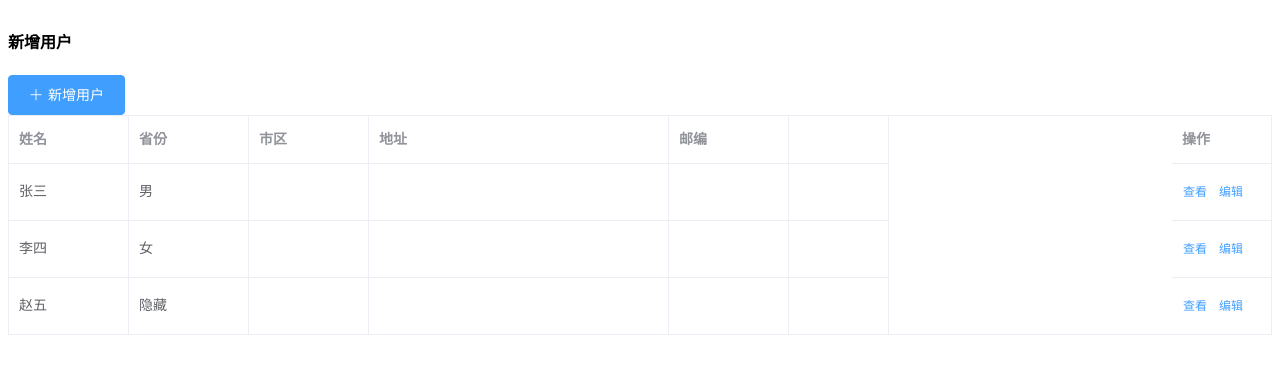
Repository: xinwuhao/New-user
Page: /
An editor plug-in stored every save of this project. The page is shown before and after the next save, followed by the edit.
The browser window is 1280 px wide. The pictures show the whole page.
The project was rebuilt for these pictures with package versions that can differ from the ones it lists, and the page was loaded fresh each time.

Above is the page before, as saved 2021-12-21 15:50:17.

### src/main.js
import Vue from 'vue'
import App from './App.vue'
import router from './router'
import store from './store'
import ElementUI from 'element-ui';
import 'element-ui/lib/theme-chalk/index.css';

Vue.use(ElementUI);
Vue.config.productionTip = false

new Vue({
  router,
  store,
  el: '#app',
  render: h => h(App)
}).$mount('#app')

### src/views/Home.vue
<template>
  <div class="container">
    <div class="content">
      <h4>新增用户</h4>
      <div>
        <el-button
          type="primary"
          icon="el-icon-plus"
          @click="dialogVisible = true"
          >新增用户</el-button
        >
        <el-dialog title="提示" :visible.sync="dialogVisible" width="30%">
          <el-form
            :model="ruleForm"
            :rules="rules"
            ref="ruleForm"
            label-width="100px"
            class="demo-ruleForm"
          >
            <el-form-item label="名称" prop="name">
              <el-input v-model="ruleForm.name"></el-input>
            </el-form-item>
            <el-form-item label="性别" prop="sex">
              <el-radio-group
                v-model="ruleForm.sex"
                v-for="(item, index) in sex"
                :key="index"
              >
                <el-radio :label="item" style="margin-right: 10px"></el-radio>
              </el-radio-group>
            </el-form-item>
            <el-form-item label="手机号码" prop="contact">
              <el-input v-model="ruleForm.contact"></el-input>
            </el-form-item>
            <el-form-item label="邮箱" prop="mailbox">
              <el-input v-model="ruleForm.mailbox"></el-input>
            </el-form-item>
            <el-form-item>
              <el-button type="primary" @click="submitForm('ruleForm')"
                >立即新增</el-button
              >
              <el-button @click="resetForm('ruleForm')">取消</el-button>
            </el-form-item>
          </el-form>
        </el-dialog>
      </div>
      <!-- 用户列表 -->
      <div>
        <el-table :data="list" border style="width: 100%">
          <el-table-column prop="name" label="姓名" width="120">
          </el-table-column>
          <el-table-column prop="sex" label="省份" width="120">
          </el-table-column>
          <el-table-column prop="city" label="市区" width="120">
          </el-table-column>
          <el-table-column prop="address" label="地址" width="300">
          </el-table-column>
          <el-table-column prop="zip" label="邮编" width="120">
          </el-table-column>
          <el-table-column fixed="right" label="操作" width="100">
            <template slot-scope="scope">
              <el-button
                @click="handleClick(scope.row)"
                type="text"
                size="small"
                >查看</el-button
              >
              <el-button type="text" size="small">编辑</el-button>
            </template>
          </el-table-column>
        </el-table>
      </div>
    </div>
  </div>
</template>

<script>
//引入子组件

export default {
  name: "",
  props: {},
  data() {
    return {
      dialogVisible: false,
      list: [
        {
          name: "张三",
          sex: "男",
          contact: "18581784400",
          mailbox: "12345@qq.com",
        },
        {
          name: "李四",
          sex: "女",
          contact: "18581784401",
          mailbox: "12346@qq.com",
        },
        {
          name: "赵五",
          sex: "隐藏",
          contact: "18581784402",
          mailbox: "12347@qq.com",
        },
      ],
      sex: ["隐藏", "男", "女"],
      ruleForm: {
        name: "",
        sex: "",
        contact: "",
        mailbox: "",
      },
      rules: {
        name: [
          { required: true, message: "请输入用户名称", trigger: "blur" },
          { min: 1, max: 5, message: "长度在 1 到 5 个字符", trigger: "blur" },
        ],
        contact: [
          { required: true, message: "请输入手机号码", trigger: "blur" },
          { min: 11, max: 11, message: "输入的手机号码有误", trigger: "blur" },
          {
            pattern:
              /^(?:(?:\+|00)86)?1(?:(?:3[\d])|(?:4[5-79])|(?:5[0-35-9])|(?:6[5-7])|(?:7[0-8])|(?:8[\d])|(?:9[189]))\d{8}$/,
            message: "输入的手机号码有误",
            trigger: "blur",
          },
        ],
        mailbox: [
          { required: true, message: "请输入邮箱", trigger: "blur" },
          {
            pattern:
              /^(([^<>()[\]\\.,;:\s@"]+(\.[^<>()[\]\\.,;:\s@"]+)*)|(".+"))@((\[[0-9]{1,3}\.[0-9]{1,3}\.[0-9]{1,3}\.[0-9]{1,3}\])|(([a-zA-Z\-0-9]+\.)+[a-zA-Z]{2,}))$/,
            message: "输入的邮箱有误",
            trigger: "blur",
          },
        ],
        sex: [{ required: true, message: "性别", trigger: "change" }],
      },
    };
  },
  components: {},
  methods: {
    submitForm(formName) {
      this.$refs[formName].validate((valid) => {
        if (valid) {
          this.$message.success("新增成功");
          this.dialogVisible = false;
          this.list.unshift(this.ruleForm);
          console.log(this.list);
        } else {
          this.$message.error("您还有信息没有填写或者填写的信息有误");
          return false;
        }
      });
    },
    resetForm(formName) {
      this.$refs[formName].resetFields();
      this.dialogVisible = false;
    },
  },
  mounted() {},
  computed: {},
  watch: {},
};
</script>

<style lang='scss' scoped>
.container {
  display: flex;
  justify-content: center;
}
.content {
  width: 1450px;
  /* 注意适配的宽度必须大于最小适配宽度 */
}
.flex {
  display: flex;
}
</style>

Loaded but not shown: public/index.html (common file); src/App.vue (common file); src/router/index.js (common file); src/store/index.js (common file)

After the next save:
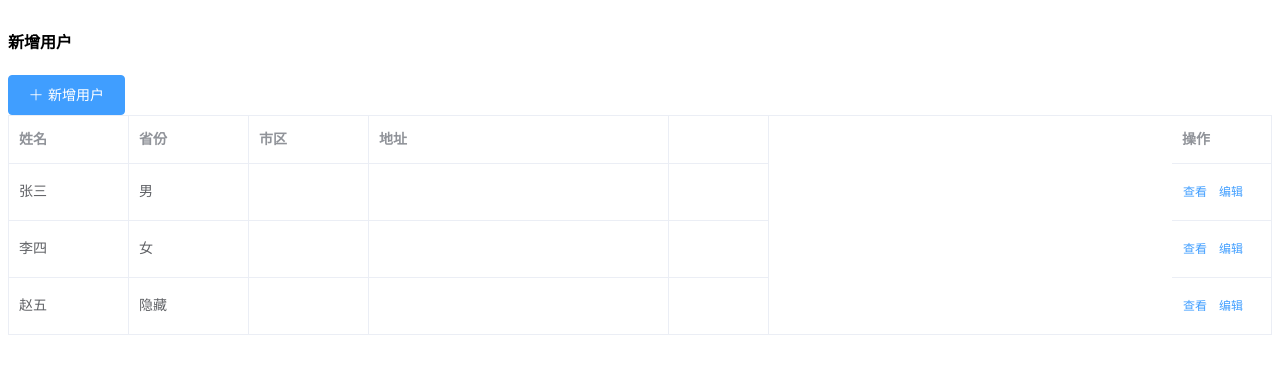
Saved 9 s later.
--- a/src/views/Home.vue
+++ b/src/views/Home.vue
@@ -54,8 +54,6 @@
           <el-table-column prop="city" label="市区" width="120">
           </el-table-column>
           <el-table-column prop="address" label="地址" width="300">
-          </el-table-column>
-          <el-table-column prop="zip" label="邮编" width="120">
           </el-table-column>
           <el-table-column fixed="right" label="操作" width="100">
             <template slot-scope="scope">
